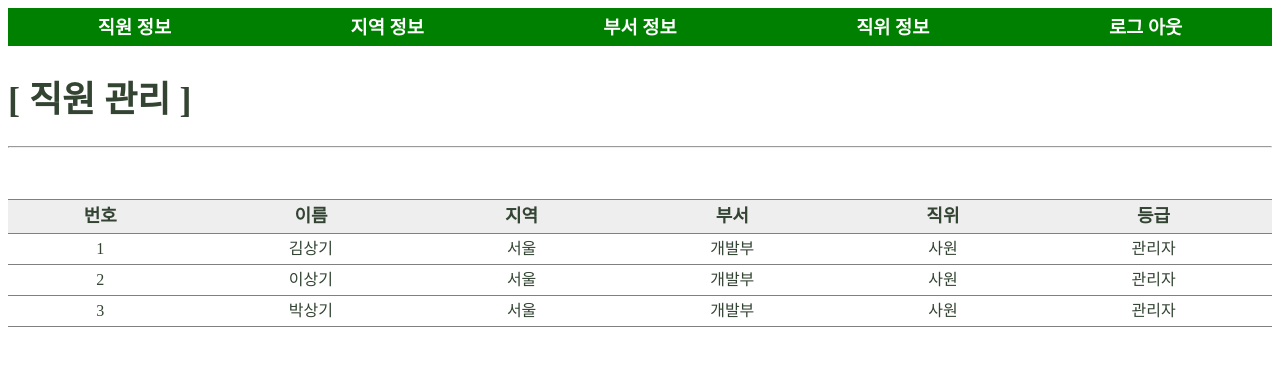
Repository: Umkimisstrong/UM_SpringMVCStudy
Page: http://localhost/mvc04/WEB-INF/view/RegList.jsp
The author's editor kept a copy of each file at every save. The page is drawn from the files as they stood at one save, then again after the next save.
The browser window is 1280 px wide. The pictures show the whole page.
The page is served by Tomcat 9. Nobody is signed in. The template is opened directly, without the code that normally fills it, so the values that code supplies are empty.

Above is the page before, as saved 2022-06-02 03:07:53.

### mvc04/WebContent/WEB-INF/view/RegList.jsp
<%@ page contentType="text/html; charset=UTF-8"%>
<%@ taglib prefix="c" uri="http://java.sun.com/jsp/jstl/core"%>
<%@ taglib prefix="fmt" uri="http://java.sun.com/jsp/jstl/fmt"%>
<%
	request.setCharacterEncoding("UTF-8");
	String cp = request.getContextPath();
%>
<!DOCTYPE html>
<html>
<head>
<meta charset="UTF-8">
<title>EmpList.jsp</title>
<link rel="stylesheet" type="text/css" href="<%=cp %>/css/menuStyle.css">
<link rel="stylesheet" type="text/css" href="<%=cp %>/css/main.css">
</script>

</head>
<body>

<!---------------------------------------------------
	EmployeeList.jsp
	- 직원 리스트 출력 페이지
	- 일반직원이 접근하는 직원 데이터 출력 페이지
	  (관리자가 접근하는 직원 데이터 출력페이지는
	   EmployeeList.jsp로 구성)
	- 입력 / 수정 / 삭제 기능 없음
 ---------------------------------------------------->


<div>
	<!-- 메뉴 영역 -->
	<div>
		<c:import url="EmployeeMenu.jsp"></c:import>
	</div>

	<!-- 콘텐츠 영역 -->
	<div id="content">
		<h1>[ 직원 관리 ]</h1>
		<hr />

		<!-- 제거된 div -> 직원 추가 폼
		<div>
			<form action="">
				<input type="button" value="직원 추가" class="btn"
				onclick="location.href='employeeinsertform.action'"/>
				  onclick="location.href='EmployeeInsertForm.jsp'"/>

			</form>
		</div>
		-->
		<br />
		<br />
	<!-- ---------------------------------------------------
	EMPLOYEEID NAME DEPARTMENTNAME POSITIONNAME REGIONNAME GRADE
	----------------------------------------------------  -->
	<table id="customers" class="table">

		<tr>
			<!-- 항목 15EA -->
			<th>번호</th>
			<th>이름</th>
			<th>지역</th>
			<th>부서</th>
			<th>직위</th>
			<th>등급</th>
		</tr>
		<tr>
			<td>1</td>
			<td>김상기</td>

			<td>서울</td>
			<td>개발부</td>
			<td>사원</td>
			<td>관리자</td>
		</tr>
		<tr>
			<td>2</td>
			<td>이상기</td>
			<td>서울</td>
			<td>개발부</td>
			<td>사원</td>
			<td>관리자</td>
		</tr>
		<tr>
			<td>3</td>
			<td>박상기</td>
			<td>서울</td>
			<td>개발부</td>
			<td>사원</td>
			<td>관리자</td>
		</tr>

		<%--

	<c:forEach	var="employee" items="${employeeList }">
	<tr>
		<td>${employee.employeeId }</td>
		<td>${employee.name }</td>
		<td>${employee.ssn }-*******</td>
		<td>${employee.birthday }</td>
		<td>${employee.lunarName }</td>
		<td>${employee.telephone }</td>
		<td>${employee.regionName }</td>
		<td>${employee.departmentName }</td>
		<td>${employee.positionName }</td>


		<td>${employee.basicPay }</td>
		<td>
			<fmt:formatNumber value="${employee.basicPay }"
			groupingUsed="true"></fmt:formatNumber>
		</td>

		<td>${employee.extraPay }</td>
		<td>
			<fmt:formatNumber value="${employee.extraPay }"
			groupingUsed="true"></fmt:formatNumber>
		</td>

		<td>${employee.pay }</td>
		<td>
			<fmt:formatNumber value="${employee.pay }"
			groupingUsed="true"></fmt:formatNumber>
		</td>

		<td>${employee.grade==0 ? "관리자" : "일반사원" }</td>
		<td>
			<button type="button" class="btn updateBtn"
		    value="${employee.employeeId }">수정</button>
		</td>

		<td>
			<button type="button" class="btn deleteBtn"
			value="${employee.employeeId }">삭제</button>
		</td>
	</tr>
	</c:forEach>	 --%>


	</table>



	</div>

	<!-- 회사 소개 및 어플리케이션 소개 영역 -->
	<div id="footer">

	</div>

</div>





</body>
</html>

### mvc04/WebContent/WEB-INF/view/EmployeeMenu.jsp
<%@ page contentType="text/html; charset=UTF-8"%>
<%@ taglib prefix="c" uri="http://java.sun.com/jsp/jstl/core"%>
<%
	request.setCharacterEncoding("UTF-8");
	String cp = request.getContextPath();
%>
<!DOCTYPE html>
<html>
<head>
<meta charset="UTF-8">
<title>EmployeeMenu.jsp</title>
<link rel="stylesheet" type="text/css" href="<%=cp %>/css/menuStyle.css">
</head>
<body>

<!--------------------------------
      #13 EmployeeMenu.jsp
      - 메인 메뉴 페이지 구성
      - 로그아웃 기능 포함
 --------------------------------->
<%-- <span>${sessionScope.admin==null ? "normal" : "admin" }</span> --%>


<div id="menu">
	<ul>
		<c:choose>
			<c:when test="${sessionScope.admin==null }">
			<li>
				<a href="emplist.action" class="menu">직원 정보</a>
			</li>

			<li>
				<a href="reglist.action" class="menu">지역 정보</a>
			</li>

			<li>
				<a href="deptlist.action" class="menu">부서 정보</a>
			</li>

			<li>
				<a href="poslist.action" class="menu">직위 정보</a>
			</li>

			</c:when>
			<c:otherwise>
			<li>
				<a href="employeelist.action" class="menu">직원 관리</a>
			</li>

			<li>
				<a href="regionlist.action" class="menu">지역 관리</a>
			</li>

			<li>
				<a href="departmentlist.action" class="menu">부서 관리</a>
			</li>

			<li>
				<a href="positionlist.action" class="menu">직위 관리</a>
			</li>
			</c:otherwise>

		</c:choose>



		<li>
			<a href="logout.action" class="menu">로그 아웃</a>
		</li>
	</ul>
</div>






























</body>
</html>

### mvc04/WebContent/css/menuStyle.css
@charset "UTF-8";

/* ========================
    #14. menuStyle.css
    - 메뉴스타일 구성
======================== */

ul
{
	list-style-type: none;
	margin: 0;
	padding: 0;
	overflow: hidden;
}

li
{
	width: 20%;
	float: left;
}

a.menu:link, a.menu:visited
{
	display: block;
	font-weight: bold;
	color: #ffffff;
	background-color: #008000;
	text-align: center;
	padding: 4px;
	text-decoration: none;
	text-transform: uppercase;
	height: 30px;
	font-size: 14pt;
}

a.menu:hover, a.menu:active
{
	background-color: #ffffff;
	color: #008000;
	border: 2px solid #008000;
	border-radius: 5px;
	height: 26px;
}

### mvc04/WebContent/css/main.css
@charset "UTF-8";

/* ========================
	#16 main.css
	- 기본 스타일 지정
======================== */

body, p, div, span, input, table, th, td, select, textarea
{
	font-size: 18px;
	font-family: 맑은 고딕;
	color: #343;

}
a
{
	text-decoration: none;
	color: gray;
}

a:hover
{
	text-decoration: underline;
	color: red;

}
.table
{
	border-collapse: collapse;
	width: 100%;
}
.table th, .table td
{
	border: 1px solid gray;
	border-left: 0px;
	border-right: 0px;

	padding: 3px;
	line-height: 150%;
	text-align: center;
}


.table th
{
	font-weight: bold;
	background-color: #eee;
}

.table td
{
	font-size: 12pt;
}

.btn
{
	cursor: pointer;
	font-family: 맑은 고딕;
	font-weight: bold;
}

.btn:hover
{
	color: #ffffff;
	background-color: #008000;
}

After the next save:
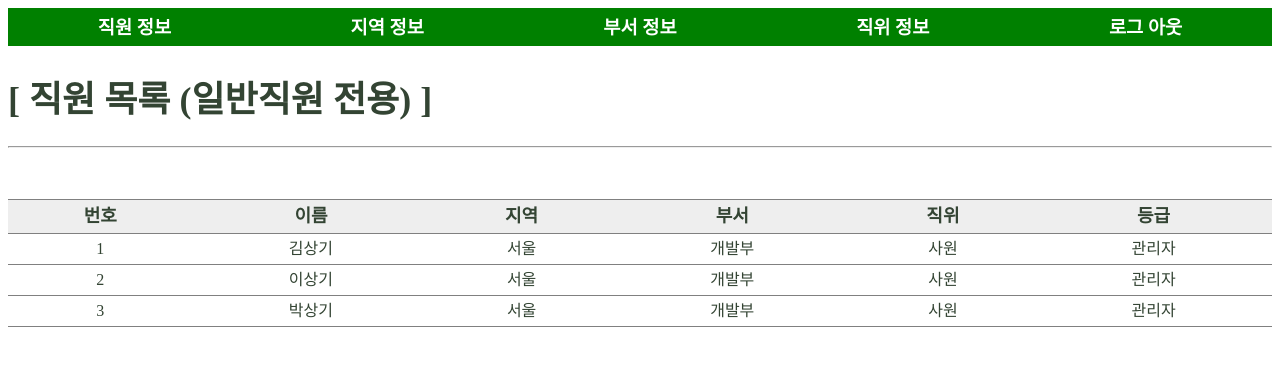
Saved 14 s later.
--- a/mvc04/WebContent/WEB-INF/view/RegList.jsp
+++ b/mvc04/WebContent/WEB-INF/view/RegList.jsp
@@ -35,7 +35,7 @@
 
 	<!-- 콘텐츠 영역 -->
 	<div id="content">
-		<h1>[ 직원 관리 ]</h1>
+		<h1>[ 직원 목록 (일반직원 전용) ]</h1>
 		<hr />
 
 		<!-- 제거된 div -> 직원 추가 폼
